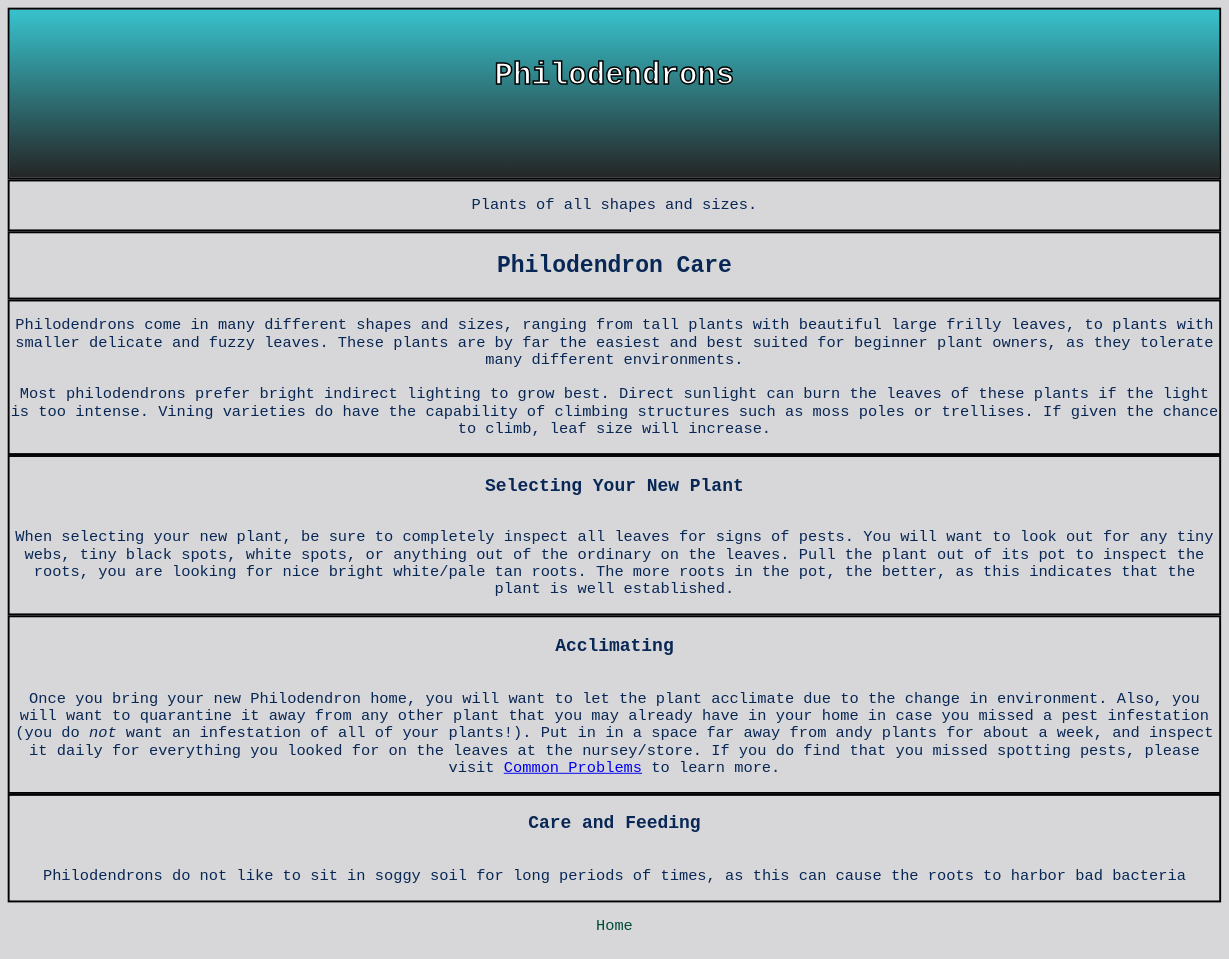
Repository: swillis91/odin-recipies
Page: Planty Page/philodendrons.html
An editor plug-in stored every save of this project. The page is shown before and after the next save, followed by the edit.
The browser window is 1280 px wide. The pictures show the whole page, at 96% of full size.

Above is the page before, as saved 2023-08-14 23:50:14.

### Planty Page/philodendrons.html
<!DOCTYPE html>
    <html>
        <head>
            <title>Calatheas</title>
            <link href="style.css" rel="stylesheet"
        </head>
        <body>
            <div class="Header">
            <h1 class="heading">Philodendrons</h1>
            </div>
            <div class="box">
              <p>Plants of all shapes and sizes.</p>
            </div>
            <div class="box">
            <h2 class="species">Philodendron Care</h2>
            </div>
            <div class="box">
                <p class="care">Philodendrons come in many different shapes and sizes, ranging from tall plants with beautiful large frilly leaves, to plants with smaller delicate and fuzzy leaves. These plants are by far the easiest and best suited for beginner plant owners, as they tolerate many different environments.
                <br>
                <br>
                Most philodendrons prefer bright indirect lighting to grow best. Direct sunlight can burn the leaves of these plants if the light is too intense. Vining varieties do have the capability of climbing structures such as moss poles or trellises. If given the chance to climb, leaf size will increase.</p>
            </div>
            <div class="box">
                <h3>Selecting Your New Plant</h3>
                <p>When selecting your new plant, be sure to completely inspect all leaves for signs of pests. You will want to look out for any tiny webs, tiny black spots, white spots, or anything out of the ordinary on the leaves. Pull the plant out of its pot to inspect the roots, you are looking for nice bright white/pale tan roots. The more roots in the pot, the better, as this indicates that the plant is well established.</p>
            </div>
            <div class="box">
                <h3>Acclimating</h3>
                <p>Once you bring your new Philodendron home, you will want to let the plant acclimate due to the change in environment. Also, you will want to quarantine it away from any other plant that you may already have in your home in case you missed a pest infestation (you do <em>not</em> want an infestation of all of your plants!). Put in in a space far away from andy plants for about a week, and inspect it daily for everything you looked for on the leaves at the nursey/store. If you do find that you missed spotting pests, please visit <a href='./problems'>Common Problems</a> to learn more.</p>
            </div>
            <div class="box">
                <h3>Care and Feeding</h3>
                    <p>Philodendrons do not like to sit in soggy soil for long periods of times, as this can cause the roots to harbor bad bacteria</p>
            </div>
              </p>
                <!--img src="./Images/makoyana.webp" id="calathea makoyana" width="700px"-->
            <footer>
                <nav>
                    <a href="./index.html" class="navigation">Home</a>

                </nav>
            </footer>
        </body>
    </html>

### Planty Page/style.css
body{
    background-color: rgb(215, 215, 217);
    color:rgb(8, 39, 85);
    text-align: center;
    font-family: 'Permanent Marker', cursive;
    font-family: 'Space Mono', monospace;
}

.heading{
    color: rgb(0, 0, 0);
    -webkit-text-fill-color: rgb(255, 255, 255);
    -webkit-text-stroke-width: 1.5px;
    -webkit-text-stroke-color: rgb(0, 0, 0);
    text-transform: capitalize;
    border: 2px solid rgb(0, 3, 3);
    background-image: linear-gradient(rgba(15, 189, 201, 0.795), rgba(0, 0, 0, 0.827));
    height: 75px;
    margin: 0 auto;
    padding:50px 20px;

}

div.box{
    border:2px solid black;
    display: flex;
    margin-left: auto;
    flex-direction:column;
    align-content: center;
}

#calathea-makoyana{
    width: 500px;
    Height: auto:
}

.navigation{
    color:rgb(1, 75, 56);
    text-decoration: none;
}

a:hover{
    color: rgb(20, 220, 2);
    background-color: rgb(5, 55, 1);
}

After the next save:
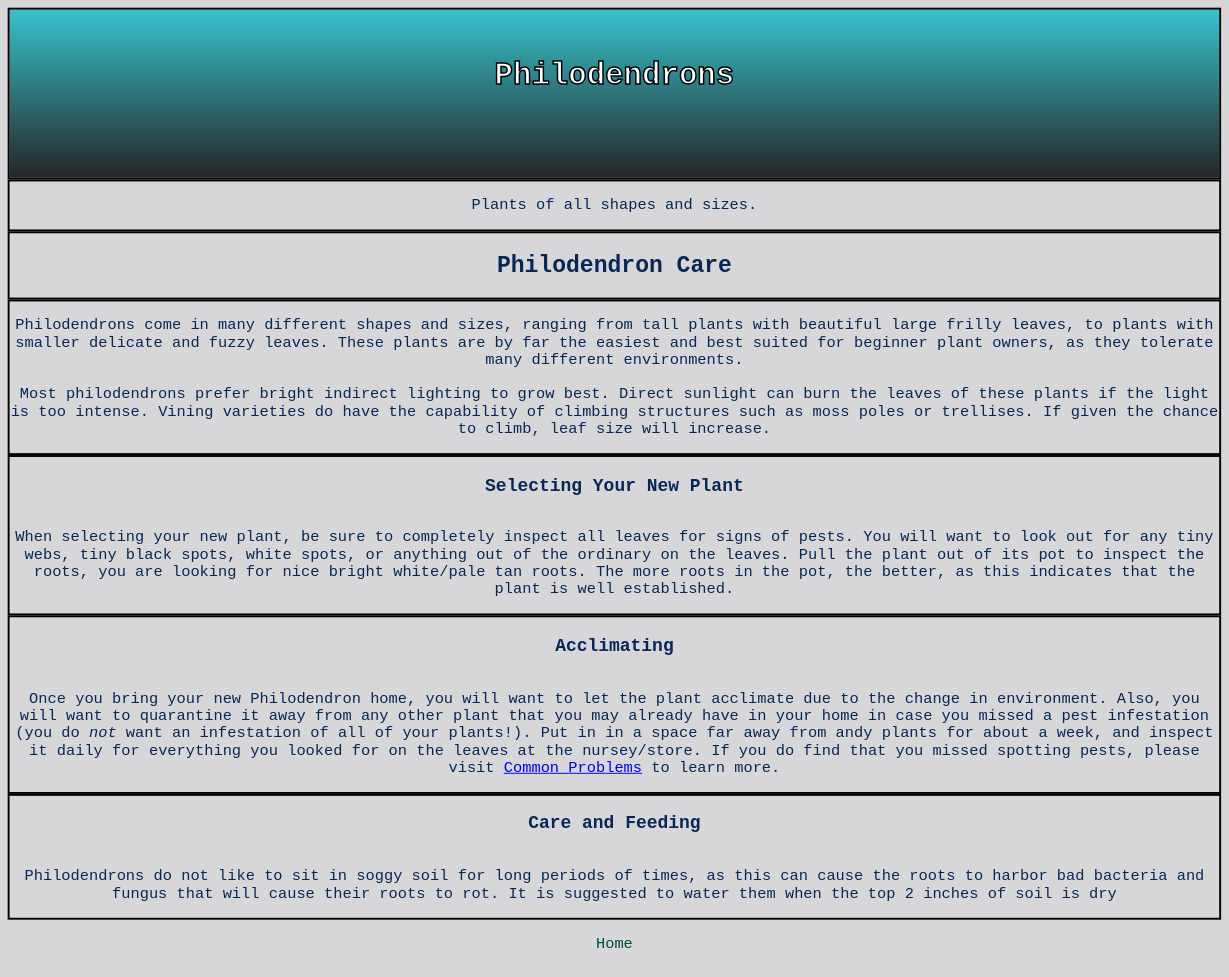
Saved 33 s later.
--- a/Planty Page/philodendrons.html
+++ b/Planty Page/philodendrons.html
@@ -30,7 +30,7 @@
             </div>
             <div class="box">
                 <h3>Care and Feeding</h3>
-                    <p>Philodendrons do not like to sit in soggy soil for long periods of times, as this can cause the roots to harbor bad bacteria</p>
+                    <p>Philodendrons do not like to sit in soggy soil for long periods of times, as this can cause the roots to harbor bad bacteria and fungus that will cause their roots to rot. It is suggested to water them when the top 2 inches of soil is dry</p>
             </div>
               </p>
                 <!--img src="./Images/makoyana.webp" id="calathea makoyana" width="700px"-->
